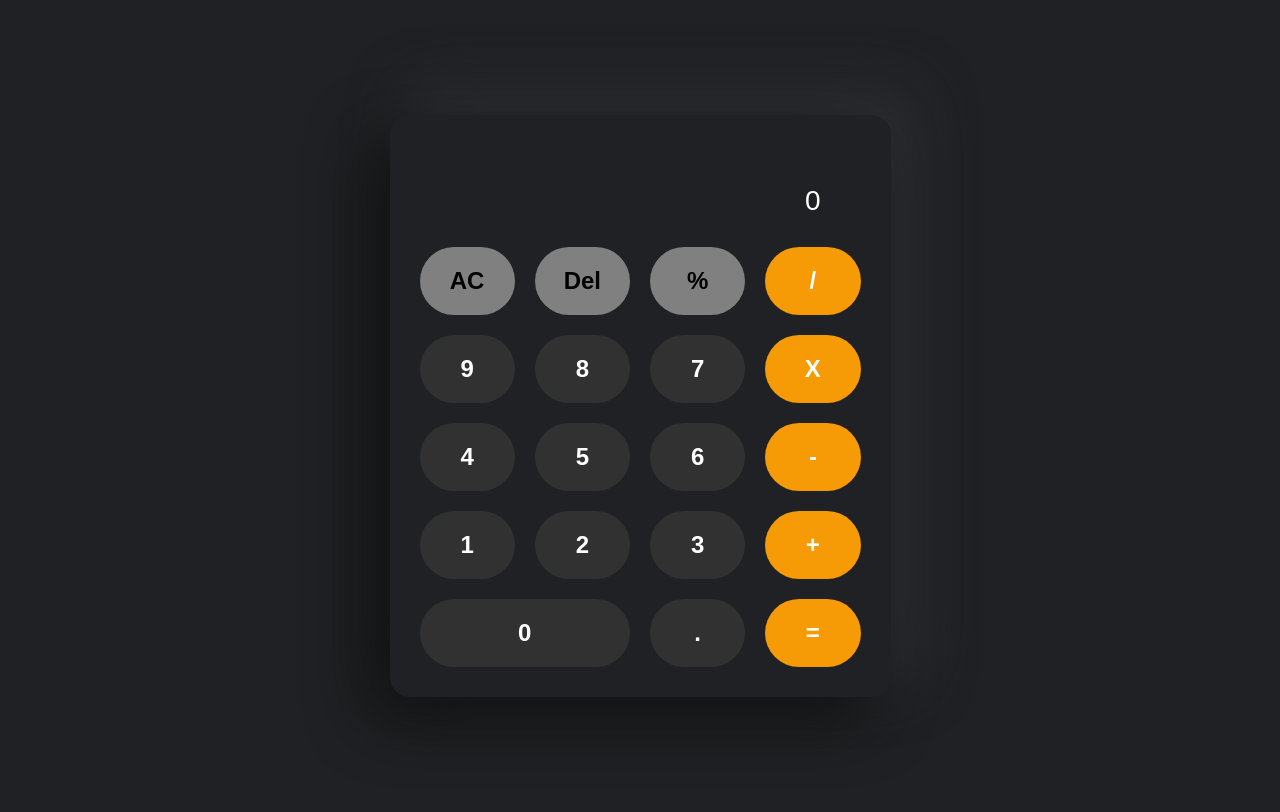
Repository: ble-syn/reactCalculator
Page: /
These files come from the project's save history. The page is drawn as it stood at one moment and after the next save; the edit follows.
The browser window is 1280 px wide. The pictures show the whole page.
The project was rebuilt for these pictures with package versions that can differ from the ones it lists, and the page was loaded fresh each time.

Above is the page before, as saved 2022-10-06 22:42:03.

After the next save:
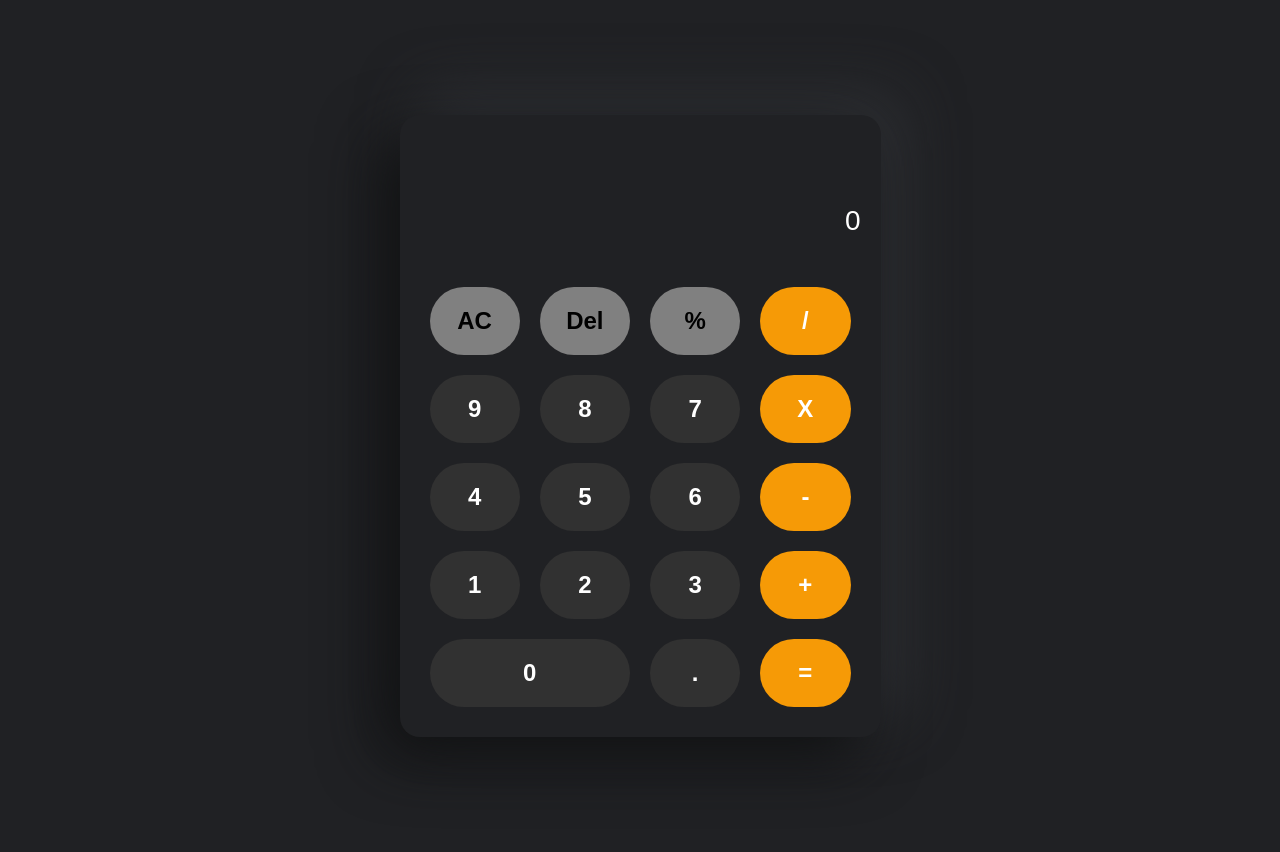
Saved 23 s later.
--- a/src/index.css
+++ b/src/index.css
@@ -28,7 +28,8 @@ body{
   width: 100%;
   text-align: right;
   font-size: 28px;
-  padding: 50px 50px 20px;
+  padding: 50px 20px 20px;
+  margin: 20px;
   color: #fff;
   background-color: #202124;
 }
